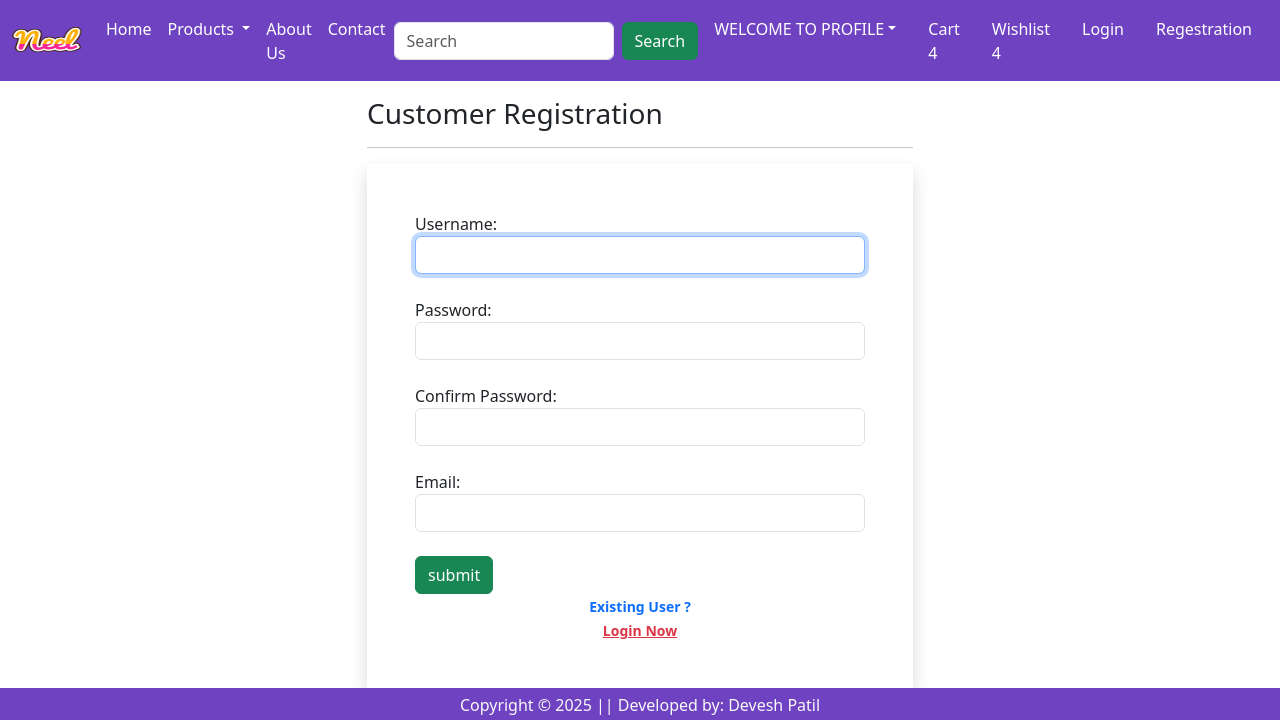
Repository: DeveshPatill/mydjango
Page: http://localhost/registration/
The author's editor kept a copy of each file at every save. The page is drawn from the files as they stood at one save, then again after the next save.
The browser window is 1280 px wide. The pictures show the whole page.
The page is served by the project's application, run on Django 5.2 (ec/manage.py). Other server files are loaded and not shown.

Above is the page before, as saved 2025-03-24 01:16:07.

### ec/app/templates/app/customerregistration.html
{% extends 'app/base.html' %}
{% load static %}
{% block title %}Customer Registration{% endblock title %}



{% block main-content %}
<div class="container">
    <div class="row my-3">
        <div class="col-sm-6 offset-sm-3">
            <h3>Customer Registration</h3>
            <hr>
            <form action="" method="post" novalidate class="shadow p-5">{% csrf_token %}
               {% for fm in form %}
               {{ fm.label_tag }} {{ fm }}
               <small class="text-danger">{{ fm.errors | striptags }}</small>
               <br>
               {% endfor %}
               <input type="submit" value="submit" class="btn btn-success"><br>
               <div class="text-center text-primary fw-bold">
                <small>Existing User ? <br><a href="#" class="text-danger">Login Now</a></small>
               </div>

               {% if form.non_field_errors %}
                    {% for error in form.non_field_errors %}
                    <p class="alert alert-danger my-3">{{ error }}</p>
                    {% endfor %}
               {% endif %}

               {% if messages %}
               {% for msg in messages %}
                    <div class="alert alert-{{ msg.tags }}" role="alert">
                        {{ msg }}
                    </div>
               {% endfor %}
               {% endif %}
            </form>
        </div>
    </div>
</div>
{% endblock main-content %}

### ec/app/templates/app/base.html
<!DOCTYPE html>
{% load static %}
<html lang="en">
<head>
    <meta charset="UTF-8">
    <meta http-equiv="X-UA-Compatible" content="IE=edge">
    <meta name="viewport" content="width=device-width, initial-scale=1.0">

    <link href="https://cdn.jsdelivr.net/npm/bootstrap@5.3.3/dist/css/bootstrap.min.css" rel="stylesheet" integrity="sha384-QWTKZyjpPEjISv5WaRU9OFeRpok6YctnYmDr5pNlyT2bRjXh0JMhjY6hW+ALEwIH" crossorigin="anonymous">

    <link rel="stylesheet" href="{% static 'app/css/owl.carousel.min.css' %}" />
    <link rel="stylesheet" href="{% static 'app/css/all.min.css' %}" />
    <link rel="stylesheet" href="{% static 'app/css/style.css' %}" />

    <title> Dairy Products | {% block title %} {% endblock title %} </title>
</head>
<body>
    <nav class="navbar navbar-expand-lg navbar-dark" style="background-color: #6f42c1;">
        <div class="container-fluid">
          <a class="navbar-brand" href="/">
            <img src="{% static 'app/images/product/Neel.png' %}" width="70px" height="55px" />
          </a>
          <button class="navbar-toggler" type="button" data-bs-toggle="collapse" data-bs-target="#navbarSupportedContent" aria-controls="navbarSupportedContent" aria-expanded="false" aria-label="Toggle navigation">
            <span class="navbar-toggler-icon"></span>
          </button>
          <div class="collapse navbar-collapse" id="navbarSupportedContent">
            <ul class="navbar-nav me-auto mb-2 mb-lg-0">
              <li class="nav-item">
                <a class="nav-link active" aria-current="page" href="/">Home</a>
              </li>
              <li class="nav-item dropdown">
                <a class="nav-link dropdown-toggle text-white" href="#" role="button" data-bs-toggle="dropdown" aria-expanded="false">
                  Products
                </a>
                <ul class="dropdown-menu">
                  <li><a class="dropdown-item" href="{% url 'category' 'ML' %}">Milk</a></li>
                  <li><a class="dropdown-item" href="{% url 'category' 'CR' %}">Curd</a></li>
                  <li><a class="dropdown-item" href="{% url 'category' 'MS' %}">MilkShake</a></li>
                  <li><a class="dropdown-item" href="{% url 'category' 'LS' %}">Lassi</a></li>
                  <li><a class="dropdown-item" href="{% url 'category' 'GH' %}">Ghee</a></li>
                  <li><a class="dropdown-item" href="{% url 'category' 'PN' %}">Paneer</a></li>
                  <li><a class="dropdown-item" href="{% url 'category' 'CZ' %}">Cheese</a></li>
                  <li><a class="dropdown-item" href="{% url 'category' 'IC' %}">Ice-Cream</a></li>

                </ul>
              </li>
              <li class="nav-item">
                <a class="nav-link text-white" href="{% url 'about'  %}">About Us</a>
              </li>
              <li class="nav-item">
                <a class="nav-link text-white" href="{% url 'contact'  %}">Contact</a>
              </li>

            </ul>
            <form class="d-flex" role="search">
              <input class="form-control me-2" type="search" placeholder="Search" aria-label="Search">
              <button class="btn btn-success" type="submit">Search</button>
            </form>
          </div>
          <ul class="navbar-nav me-auto mb-2 mb-lg-0">
            <li class="nav-item dropdown mx-2">
                <a class="nav-link dropdown-toggle text-white" href="#" id="profileDropdown" role="button" data-bs-toggle="dropdown" aria-expanded="false">WELCOME TO PROFILE</a>
                <ul class="dropdown-menu" aria-labelledby="profileDropdown">
                    <li><a class="dropdown-item" href="#">Profile</a></li>
                    <li><a class="dropdown-item" href="#">Orders</a></li>
                    <li><a class="dropdown-item" href="#">Change Password</a></li>
                    <li><a class="dropdown-item" href="#">Logout</a></li>
                </ul>
            </li>
            <li class="nav-item mx-2">
                <a href="#" class="nav-link text-white">Cart 4</a>
            </li>
            <li class="nav-item mx-2">
                <a href="#" class="nav-link text-white">Wishlist 4</a>
            </li>
            <li class="nav-item mx-2">
                <a href="#" class="nav-link text-white">Login</a>
            </li>
            <li class="nav-item mx-2">
                <a href="{% url 'customerregistration' %}" class="nav-link text-white">Regestration</a>
            </li>

          </ul>
        </div>
      </nav>
      {% block banner-slider %}{% endblock banner-slider %}

      {% block information %}{% endblock information %}

      {% block main-content %}{% endblock main-content %}

    <footer class="text-center text-light py-3 fixed-bottom" style="background-color: #6f42c1; height: 5px; line-height: 2px;">
        Copyright © 2025 || Developed by: Devesh Patil
    </footer>






    <script src="https://cdn.jsdelivr.net/npm/@popperjs/core@2.11.8/dist/umd/popper.min.js" integrity="sha384-I7E8VVD/ismYTF4hNIPjVp/Zjvgyol6VFvRkX/vR+Vc4jQkC+hVqc2pM8ODewa9r" crossorigin="anonymous"></script>
    <script src="https://cdn.jsdelivr.net/npm/bootstrap@5.3.3/dist/js/bootstrap.min.js" integrity="sha384-0pUGZvbkm6XF6gxjEnlmuGrJXVbNuzT9qBBavbLwCsOGabYfZo0T0to5eqruptLy" crossorigin="anonymous"></script>

    <script src=https://cdnjs.cloudflare.com/ajax/libs/jquery/3.7.1/jquery.min.js></script>


    <script script="{% static 'app/js/owl.carousel.min.js' %}"></script>
    <script script="{% static 'app/js/all.min.js' %}"></script>
    <script script="{% static 'app/js/myscript.js' %}"></script>

</body>
</html>

### ec/app/forms.py
from django import forms
from django.contrib.auth.forms import UserCreationForm
from django.contrib.auth.models import User

class CustomerRegistrationForm(UserCreationForm):
    username=forms.CharField(widget=forms.TextInput(attrs={'autofocus':True,'class':"form-control"}))
    email=forms.EmailField(widget=forms.EmailInput(attrs={'class':'form-control'}))
    password1=forms.CharField(label='Password',widget=forms.PasswordInput(attrs={'class':'form-control'}))
    password2=forms.CharField(label='Confirm Password',widget=forms.PasswordInput(attrs={'class':'form-control'}))

### ec/app/views.py
from django.shortcuts import render
from django.http import HttpResponse
from django.views import View
from urllib import request
from . models import Product
from django.db.models import Count
from . forms import CustomerRegistrationForm
from django.contrib import messages

# Create your views here.
def home(request):
    return render(request,"app/home.html")

def about(request):
    return render(request,"app/about.html")

def contact(request):
    return render(request,"app/contact.html")


class CategoryView(View):
    def get(self,request,val):
        product = Product.objects.filter(category=val)
        title=Product.objects.filter(category=val).values('title')
        return render(request,"app/category.html",locals())

class CategoryTitle(View):
    def get(self,request,val):
        product = Product.objects.filter(title=val)
        title = Product.objects.filter(category=product[0].category).values('title')
        return render(request,"app/category.html",locals())


class ProductDetail(View):
    def get(self,request,pk):
        product = Product.objects.get(pk=pk)
        return render(request,"app/productdetail.html",locals())


class CustomerRegistrationView(View):
    def get(self,request):
        form = CustomerRegistrationForm()
        return render(request,'app/customerregistration.html',locals())
    def post(self,request):
        form = CustomerRegistrationForm(request.POST)
        if form.is_valid():
            form.save()
            messages.success(request,"User Registered Succesfully")
        else:
            messages.warning(request,"Invalid Input Data")
        return render(request,'app/customerregistration.html',locals())

### ec/ec/urls.py
"""
URL configuration for ec project.

The `urlpatterns` list routes URLs to views. For more information please see:
    https://docs.djangoproject.com/en/5.1/topics/http/urls/
Examples:
Function views
    1. Add an import:  from my_app import views
    2. Add a URL to urlpatterns:  path('', views.home, name='home')
Class-based views
    1. Add an import:  from other_app.views import Home
    2. Add a URL to urlpatterns:  path('', Home.as_view(), name='home')
Including another URLconf
    1. Import the include() function: from django.urls import include, path
    2. Add a URL to urlpatterns:  path('blog/', include('blog.urls'))
"""

from django.contrib import admin
from django.urls import path,include

urlpatterns = [
    path("admin/", admin.site.urls),
    path("", include("app.urls")),

]

### ec/app/urls.py
from django.urls import path
from .import views
from django.conf import settings
from django.conf.urls.static import static

urlpatterns = [
    path("",views.home),
    path("about/",views.about,name="about"),
    path("contact/",views.contact,name="contact"),
    path("category/<slug:val>",views.CategoryView.as_view(),name="category"),
    path("category-title/<val>",views.CategoryTitle.as_view(),name='category-title'),
    path("product-detail/<int:pk>",views.ProductDetail.as_view(),name="product-detail"),

    #login authentication
    path('registration/',views.CustomerRegistrationView.as_view(),name='customerregistration')
]+static(settings.MEDIA_URL,document_root=settings.MEDIA_ROOT)

### ec/app/static/app/css/style.css
.owl-carousel .item{
 /* border: 1px solid black; */
 font-size: 24px;
 text-align: center;
 margin-top: 20px;
 transition: transform .5s ease;
}

 .owl-carousel .item:hover{
    /* border: 1px solid black; */
    transform : scale(1.1);
}

/* .owl-carousel img{
    transition: transform .5s ease;
  }
 .owl-carousel img:hover{

    transform : scale(1.25);
} */

.owl-next{
 float:right;
}
.owl-prev{
 float:left;
}
.owl-prev span{
 font-size: 24px;
 font-weight: bold;
}
.owl-next span{
 font-size: 24px;
 font-weight: bold;
}




.buttermilk{
    background-color:#fff;background-image:linear-gradient(#fff7ef, #fff);
    background-image:-webkit-linear-gradient(#fff7ef, #fff);
    background-image:-moz-linear-gradient(#fff7ef, #fff);
    background-image:-ms-linear-gradient(#fff7ef, #fff);
    background-image:-o-linear-gradient(#fff7ef, #fff);
    padding:50px 40px;
    border:1px solid #efe8e1;
    padding-bottom:20px;
}

.smbg{
    background-color:#fff;
    background-image:linear-gradient(rgba(110, 69, 143, 0.1), #fff);
    background-image:-webkit-linear-gradient(rgba(110, 69, 143, 0.1), #fff);
    background-image:-moz-linear-gradient(rgba(110, 69, 143, 0.1), #fff);
    background-image:-ms-linear-gradient(rgba(110, 69, 143, 0.1), #fff);
    background-image:-o-linear-gradient(rgba(110, 69, 143, 0.1), #fff);
}

.curdbgpro{
    background-color:#fff;
    background-image:linear-gradient(rgba(10, 77, 123, 0.1), #fff);
    background-image:-webkit-linear-gradient(rgba(10, 77, 123, 0.1), #fff);
    background-image:-moz-linear-gradient(rgba(10, 77, 123, 0.1), #fff);
    background-image:-ms-linear-gradient(rgba(10, 77, 123, 0.1), #fff);
    background-image:-o-linear-gradient(rgba(10, 77, 123, 0.1), #fff);
}

.goodnessseccont img{
    width:100%;
}

.mlkpro{
    color:#636362;
    font-size:22px;
    line-height:22px;
    margin-bottom:15px;
    width:43%;
    margin:0 auto;
    text-align:center;

}

.goodnesssec a{
    text-decoration: none;
}


/*
body {
    padding-bottom: 80px; /* Adjust this value based on footer height
}*/

Loaded but not shown: ec/app/static/app/css/owl.carousel.min.css (library); ec/app/static/app/css/all.min.css (library)

After the next save:
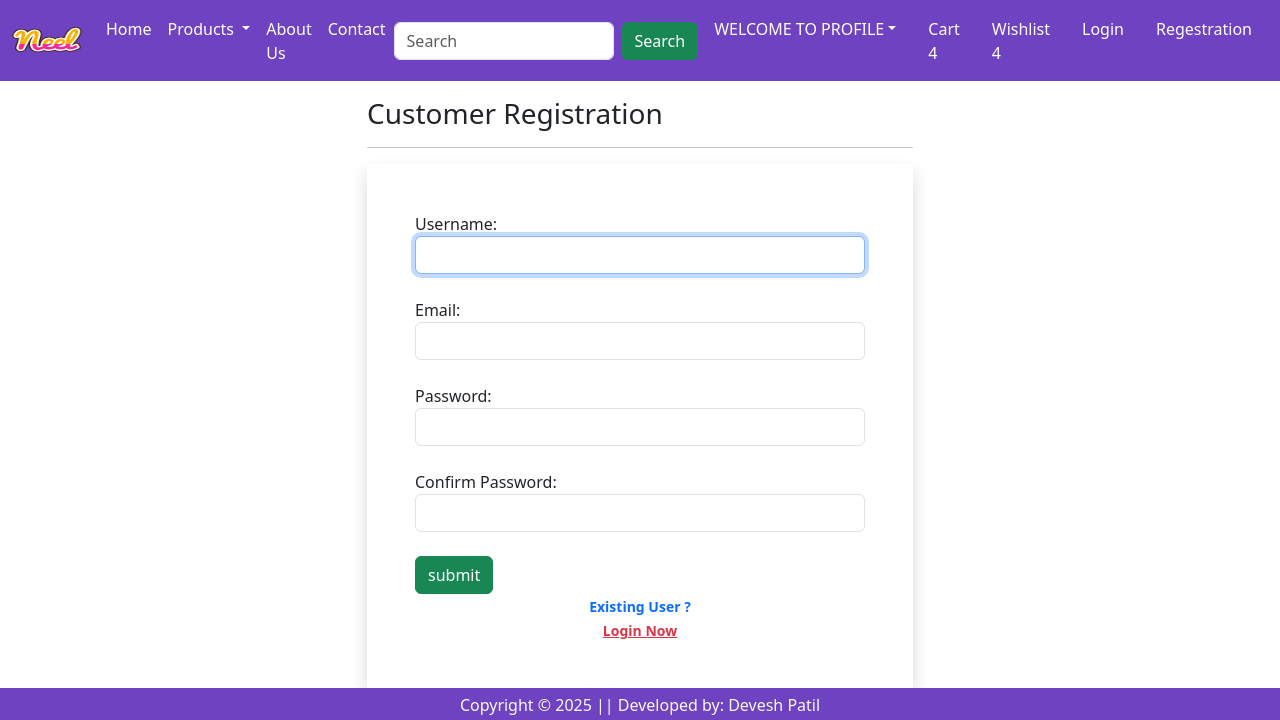
Saved 70 s later.
--- a/ec/app/forms.py
+++ b/ec/app/forms.py
@@ -7,3 +7,7 @@
     email=forms.EmailField(widget=forms.EmailInput(attrs={'class':'form-control'}))
     password1=forms.CharField(label='Password',widget=forms.PasswordInput(attrs={'class':'form-control'}))
     password2=forms.CharField(label='Confirm Password',widget=forms.PasswordInput(attrs={'class':'form-control'}))
+
+    class Meta:
+        model = User
+        fields = ['username','email','password1','password2']
